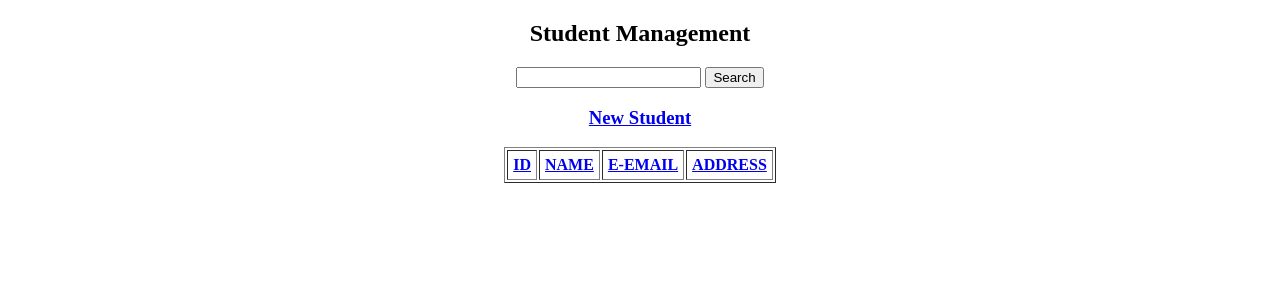
Repository: PuneethXworkz/core-java
Page: http://localhost/studentmanagement_springjpa/
These files come from the project's save history. The page is drawn as it stood at one moment and after the next save; the edit follows.
The browser window is 1280 px wide. The pictures show the whole page.
The page is served by Tomcat 9. Other server files are loaded and not shown.

Above is the page before, as saved 2022-11-01 00:31:38.

### studentmanagement_springjpa/src/main/webapp/index.jsp
<%@ page language="java" contentType="text/html; charset=ISO-8859-1"
    pageEncoding="ISO-8859-1"%>
<%@ taglib uri="http://java.sun.com/jsp/jstl/core" prefix="c" %>
<!DOCTYPE html PUBLIC "-//W3C//DTD HTML 4.01 Transitional//EN"
	"http://www.w3.org/TR/html4/loose.dtd">
<html>
<head>
<meta http-equiv="Content-Type" content="text/html; charset=ISO-8859-1">
<title>Student Management</title>
</head>
<body>
<div align="center">
	<h2>Student Management</h2>
	<form action="search" method="get">
		<input type="text" name="keyword">
		<input type="submit" value="Search">
	</form>

	<h3><a href="new"> New Student</h3>
	<table border="1" cellpadding="5">
		<tr>
			<th>ID</th>
			<th>NAME</th>
			<th>E-EMAIL</th>
			<th>ADDRESS</th>
		</tr>

	</table>



</div>
</body>
</html>

After the next save:
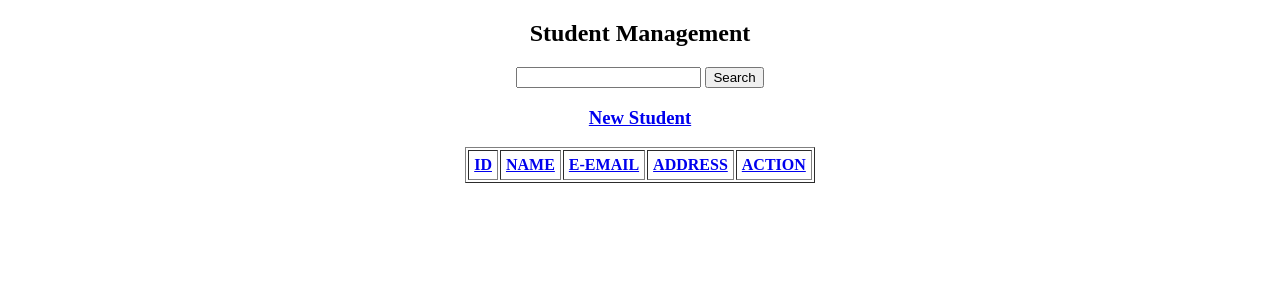
Saved 12 s later.
--- a/studentmanagement_springjpa/src/main/webapp/index.jsp
+++ b/studentmanagement_springjpa/src/main/webapp/index.jsp
@@ -23,6 +23,7 @@
 			<th>NAME</th>
 			<th>E-EMAIL</th>
 			<th>ADDRESS</th>
+			<th>ACTION</th>
 		</tr>
 
 	</table>
